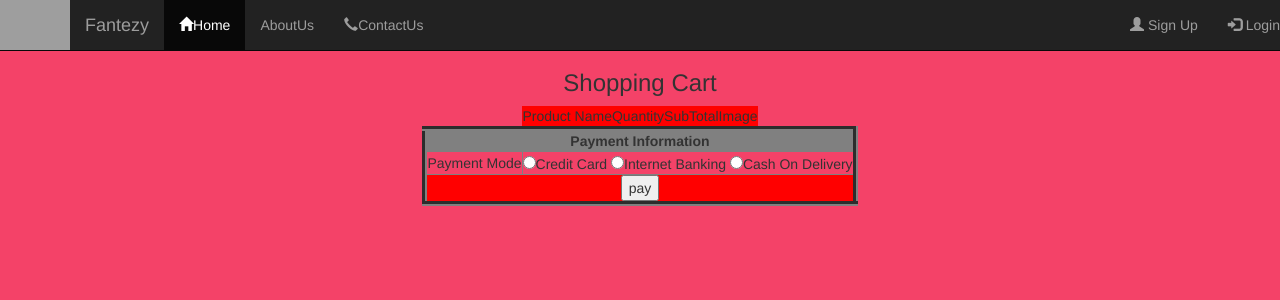
Repository: Safna93/eCommerce-project
Page: http://localhost/FantezyFrontendProject/WEB-INF/views/OrderConfirm.jsp
These files come from the project's save history. The page is drawn as it stood at one moment and after the next save; the edit follows.
The browser window is 1280 px wide. The pictures show the whole page.
Pictures or frames that could not be fetched are drawn as grey boxes. Some web libraries are served in a nearby version. The page is served by Tomcat 9. Nobody is signed in. Other server files are loaded and not shown. The template is opened directly, without the code that normally fills it, so the values that code supplies are empty.

Above is the page before, as saved 2017-07-11 17:39:10.

### Fantezy Project 1/Fantezy/FantezyFrontendProject/src/main/webapp/WEB-INF/views/OrderConfirm.jsp
<%@ page language="java" contentType="text/html"%>
 <%@ taglib uri="http://java.sun.com/jsp/jstl/core" prefix="c" %>
<%@include file="Header.jsp" %>
<table cellspacing="3" align="center" >
<tr>
<td colspan="5"><center><h3>Shopping Cart</h3></center></td>
</tr>
<tr>
<tr bgcolor="red">
<td>Product Name</td>
<td>Quantity</td>
<td>SubTotal</td>
<td>Image</td>
</tr>
<tr>

<c:forEach items="${cartitems }" var="cartitem">
<tr>
<td>${cartitem.prodname }</td>
<td>${cartitem.quantity }</td>
<td><input type="text" value="${cartitem.quantity }" name="quantity" required/></td>
<td>${cartitem.price * cartitem.quantity }</td>
<td><img src="<c:url value='/resources/images/${cartitem.prodid }.jsp'/>" width="100" height="100">
</tr>
<tr>
<td colspan="3">Grant Total</td>
<td>${grandtotal }</td>
</tr>
</table>
</c:forEach>


<table cellspacing="3" cellpadding="2" align="center" border="5">
<tr bgcolor="gray">
<td colspan="2"><center><strong>Payment Information</strong></center></td>
</tr>

<tr>
<td>Payment Mode</td>
<td>
<input type="radio" name="pmode" value="CC" />Credit Card
<input type="radio" name="pmode" value="IB" />Internet Banking
<input type="radio" name="pmode" value="CD" />Cash On Delivery
</td>
</tr>
<tr bgcolor="red">
<td colspan="2"><center><input type="submit" value="pay" /></center></td>
</tr>


</table>
</body>
</html>

### Fantezy Project 1/Fantezy/FantezyFrontendProject/src/main/webapp/WEB-INF/views/Header.jsp
<!DOCTYPE html>
<html lang="en">
<head>
<title>Fatntezy-The Girlz Corner</title>
<meta charset="utf-8">
<meta name="viewport" content="width=device-width, initial-scale=1">
<%@ taglib uri="http://java.sun.com/jsp/jstl/core" prefix="c"%>
<link rel="stylesheet"
	href="https://maxcdn.bootstrapcdn.com/bootstrap/3.3.7/css/bootstrap.min.css">
<link href="<c:url value="/resources/css/Head.css" />" rel="stylesheet">
<script
	src="https://ajax.googleapis.com/ajax/libs/jquery/3.2.1/jquery.min.js"></script>
<script
	src="https://maxcdn.bootstrapcdn.com/bootstrap/3.3.7/js/bootstrap.min.js"></script>
</head>
<body>
<body style="background-color: #f44268">
	<div class="header">
		<div class="container">
			<header style="height: 50px;"></header>
			<!------------- Navbar -------------->
			<nav class="my-nav navbar navbar-inverse bs-dark navbar-fixed-top">
				<div class="navbar-header"></div>


				<div class="collapse navbar-collapse"
					id="bs-example-navbar-collapse-1">
					<ul class="nav navbar-nav">
						<div class="navbar-header">
							<a href="ioo" class="pull-left"><img
								src="http://cdn.wallpapersafari.com/62/23/dgHULI.jpg"
								width="70" height="50"></a>
							<div class="navbar-brand">Fantezy</div>


						</div>


						<li class="active"><a href="ioo"><span
								class="glyphicon glyphicon-home"></span>Home</a></li>

						<li><a href="AboutUs">AboutUs</a></li>
						<li><a href="ContactUs"><span
								class="glyphicon glyphicon-earphone"></span>ContactUs</a></li>


					</ul>
					<ul class="nav navbar-nav navbar-right">
						<li><a href="login"><span
								class="glyphicon glyphicon-log-in"></span> Login</a></li>
					</ul>
					<ul class="nav navbar-nav navbar-right">
						<li><a href="Register"><span
								class="glyphicon glyphicon-user"></span> Sign Up</a></li>

					</ul>
				</div>


				</li>
				</ul>
		</div>
		</nav>
	</div>

	<!----------- !Navbar End ------------>


	</div>

### Fantezy Project 1/Fantezy/FantezyFrontendProject/src/main/webapp/resources/css/Head.css


.bs-dark.navbar-inverse {
  background-color: #222;
  border-color: #080808;
}
.bs-dark .navbar-img {padding:5px 6px !important;}
.bs-dark .navbar-img img {width:40px;}
.bs-dark .dropdown-menu {
  min-width: 200px;
  padding: 5px 0;
  margin: 2px 0 0;
  background-color: #000;
  border: 1px solid rgba(0, 0, 0, 0.7);
  border: 1px solid rgba(0, 0, 0, .15);
  -webkit-box-shadow: 0 6px 12px rgba(0, 0, 0, .175);
          box-shadow: 0 6px 12px rgba(0, 0, 0, .175);
}

.bs-dark .dropdown-menu .divider {
  border: 1px solid rgba(0, 0, 0, 0.8);
}
.bs-dark .dropdown-menu > li > a {
  padding: 6px 20px;
  color: rgba(255,255,255,0.80);
}
.bs-dark .dropdown-menu > li > a:hover,
.bs-dark .dropdown-menu > li > a:focus {
  color: rgba(255,255,255,0.70);
  text-decoration: none;
  background-color: transparent;
}
.bs-dark .dropdown-menu > .active > a,
.bs-dark .dropdown-menu > .active > a:hover,
.bs-dark .dropdown-menu > .active > a:focus {
  color: rgba(255,255,255,0.70);
  text-decoration: none;
  background-color: transparent;
  outline: 0;
}

.bs-dark .navbar-form {
  margin:0;
  margin-top: 5px;
  padding:8px 0px;
}

.bs-dark .navbar-form .search-box {
  border:0px;
  height:35px;
  outline: none;
  width:320px;
  padding-right: 3px;
  padding-left: 15px;
  margin:4px;
  -webkit-border-radius: 22px;
  -moz-border-radius: 22px;
  border-radius: 22px;
}

.bs-dark .navbar-form button {
  border: 0;
  background: none;
  padding: 2px 5px;
  margin-top: 2px;
  position: relative;
  left: -34px;
  margin-bottom: 0;
  -webkit-border-radius: 3px;
  -moz-border-radius: 3px;
  border-radius: 3px;
}

.bs-dark .search-box:focus + button {
  z-index: 3;
}

@media (min-width: 768px) {
    .bs-dark .dropdown:hover {background-color: #000;}
	.bs-dark .dropdown:hover .dropdown-menu {
	  display: block;
	}
	.bs-dark .navbar-form {
	  padding:0px;
	}
	.bs-dark .navbar-form .search-box {
	  width:260px;
	  height:32px;
	}

}

After the next save:
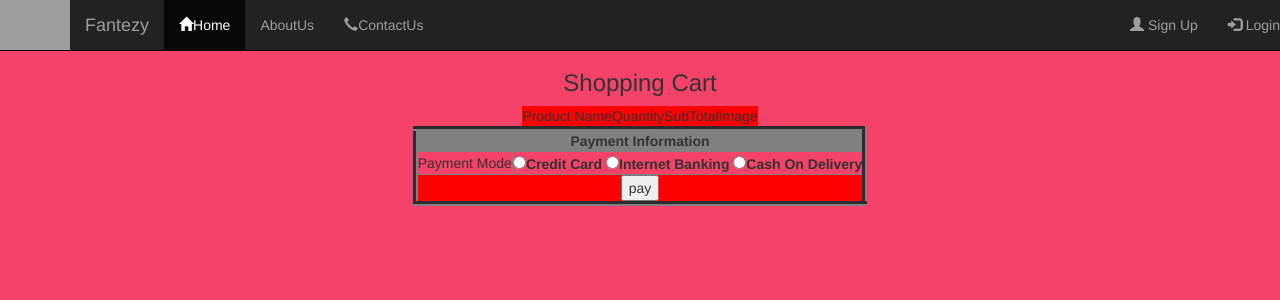
Saved 60 s later.
--- a/Fantezy Project 1/Fantezy/FantezyFrontendProject/src/main/webapp/WEB-INF/views/OrderConfirm.jsp
+++ b/Fantezy Project 1/Fantezy/FantezyFrontendProject/src/main/webapp/WEB-INF/views/OrderConfirm.jsp
@@ -38,9 +38,9 @@
 <tr>
 <td>Payment Mode</td>
 <td>
-<input type="radio" name="pmode" value="CC" />Credit Card
-<input type="radio" name="pmode" value="IB" />Internet Banking
-<input type="radio" name="pmode" value="CD" />Cash On Delivery
+<input type="radio" name="pmode" value="CC" /><b>Credit Card</b>
+<input type="radio" name="pmode" value="IB" /><b>Internet Banking</b>
+<input type="radio" name="pmode" value="CD" /><b>Cash On Delivery</b>
 </td>
 </tr>
 <tr bgcolor="red">
